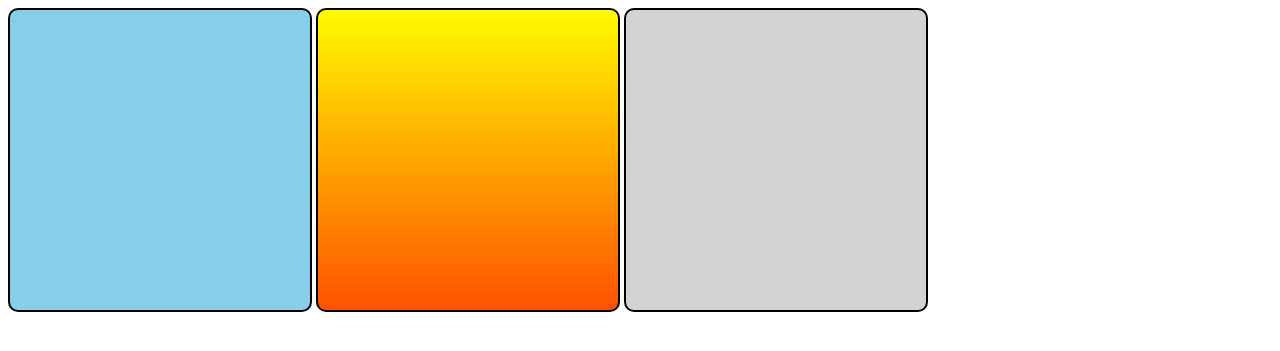
Repository: Iamjordana/html-css
Page: Html Css/Exercicios/ex22/fundo01.html
These files come from the project's save history. The page is drawn as it stood at one moment and after the next save; the edit follows.
The browser window is 1280 px wide. The pictures show the whole page.

Above is the page before, as saved 2025-04-11 13:38:14.

### Html Css/Exercicios/ex22/fundo01.html
<!DOCTYPE html>
<html lang="pt-br">
<head>
    <meta charset="UTF-8">
    <meta name="viewport" content="width=device-width, initial-scale=1.0">
    <title>Teste de Imagem de fundo</title>

    <style>
        div.quadrado{
            border: 2px solid black;
            border-radius: 10px;
            width: 300px;
            height: 300px;
            background-color: lightgrey;
            display: inline-block;
        }

        div#q1{
            background-color: skyblue;
        }
        div#q2{
            background-image: linear-gradient(to bottom, #fffb00, #ff5100);
        }
        div#q3{
            background-image: url(./imagens/pattern003.png
            background-size: cover;
        }
    </style>

</head>
<body>

    <div class="quadrado" id="q1">

    </div>

    <div class="quadrado" id="q2">

    </div>

    <div class="quadrado" id="q3">

    </div>


</body>
</html>

After the next save:
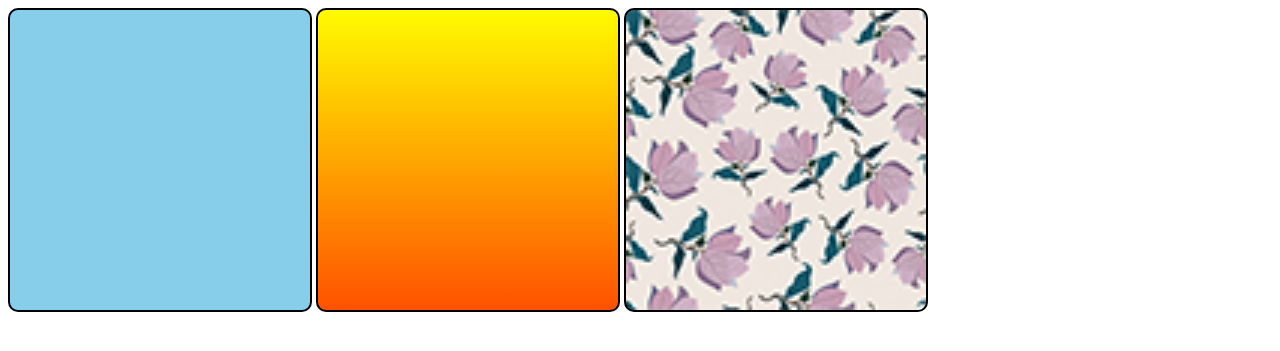
Saved 5 s later.
--- a/Html Css/Exercicios/ex22/fundo01.html
+++ b/Html Css/Exercicios/ex22/fundo01.html
@@ -22,7 +22,7 @@
             background-image: linear-gradient(to bottom, #fffb00, #ff5100);
         }
         div#q3{
-            background-image: url(./imagens/pattern003.png
+            background-image: url(./imagens/pattern003.png);
             background-size: cover;
         }
     </style>
